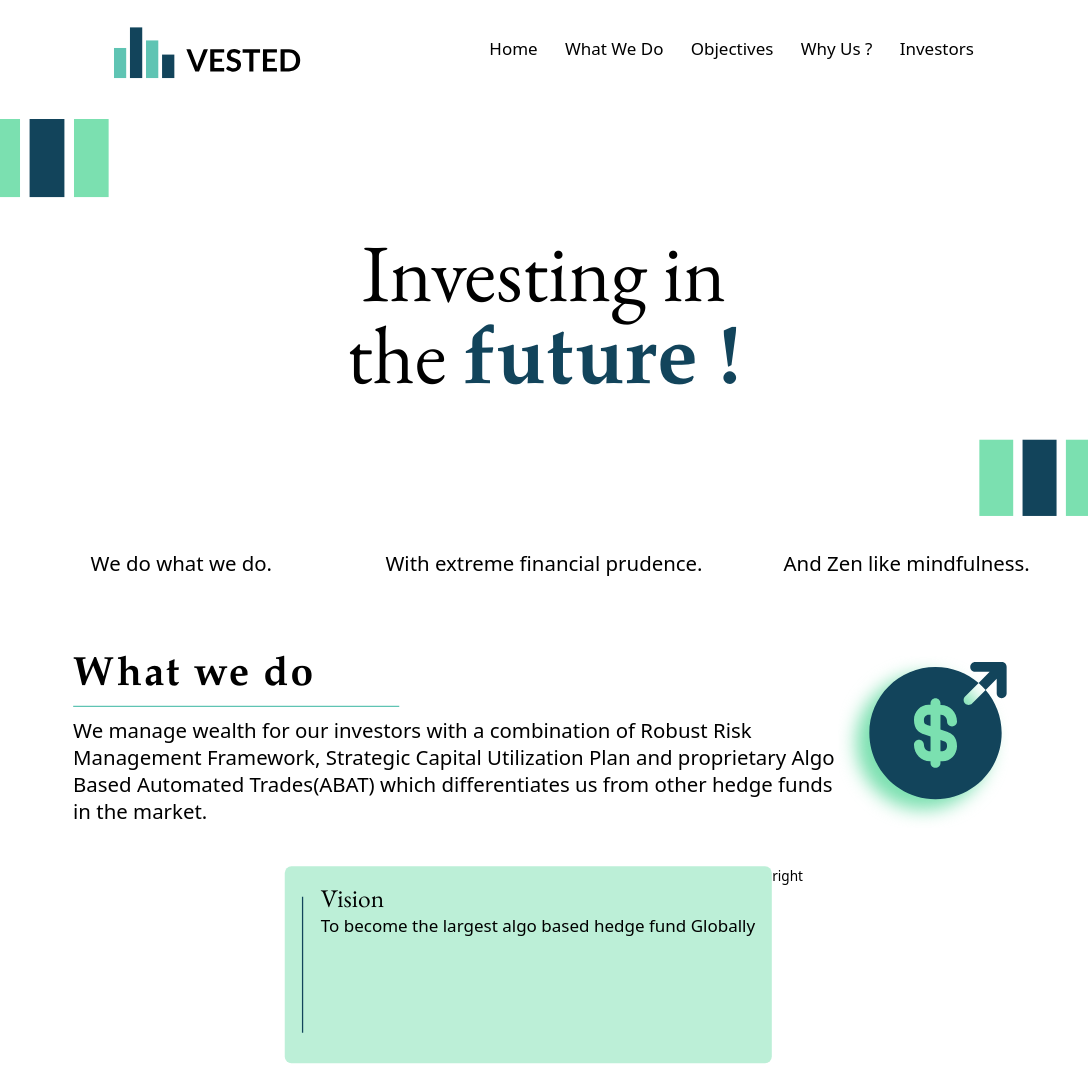
Repository: husainmamuwala/TippingPointsFinancial
Page: /
These files come from the project's save history. The page is drawn as it stood at one moment and after the next save; the edit follows.
The browser window is 1280 px wide. The pictures show the whole page, at 85% of full size.
The project was rebuilt for these pictures with package versions that can differ from the ones it lists, and the page was loaded fresh each time. The framework's server and built-in components were replaced by stand-ins that run in the browser. Also part of the build but not shown: next.config.js.

Above is the page before, as saved 2022-10-15 19:01:31.

### pages/_document.js
import Document, { Html, Head, Main, NextScript } from "next/document";

function MyDocument() {
  return (
    <Html>
      <Head>
      <link rel="preconnect" href="https://fonts.googleapis.com"/>
<link rel="preconnect" href="https://fonts.gstatic.com" crossorigin/>
<link href="https://fonts.googleapis.com/css2?family=EB+Garamond:ital,wght@0,400;0,600;1,500&display=swap" rel="stylesheet"></link>
      </Head>
      <body>
        <Main />
        <NextScript />
      </body>
    </Html>
  );
}

export default MyDocument;

### pages/index.js
import React from "react"
import Hero from "../components/Hero"
import Nav from "../components/Nav"
import Objectives from "../components/Objectives"
import Whatwedo from "../components/Whatwedo"


export default function Home() {
  return (

    <div className="h-screen">
      <Nav/>
      <section id="home">
        <Hero/>
      </section>
      <section id="whatwedo">
        <Whatwedo/>
      </section>
      <section id="objectives">
        <Objectives/>
      </section>
    </div>

  )
}

### styles/globals.css
@tailwind base;
@tailwind components;
@tailwind utilities;

@layer base{
    @font-face{
        font-family: "Garamond";
        src: url('/fonts/Garamond.woff2') format('woff2');
        font-family: 'Montserrat', sans-serif

    }

}

### components/Hero.jsx
import React from 'react'

const Hero = () => {
  return (
    <div className='flex flex-col py-6'>
      <div className='grid grid-flow-row'>
        <div className='justify-self-start self-start w-20 md:w-32 '>
          <svg className="" width="auto" height="auto" viewBox="0 0 125 90" fill="none" xmlns="http://www.w3.org/2000/svg">
            <rect x="-17" width="40" height="90" fill="#7BE0B0" />
            <rect x="34" width="40" height="90" fill="#12445B" />
            <rect x="85" width="40" height="90" fill="#7BE0B0" />
          </svg>
        </div>
        <div className='justify-self-center w-full py-5 md:py-10'>
          <span className=' text-6xl text-center lg:text-8xl font-garamond pt-5 pb-5'>
            <span className="block">Investing in</span>
            <span className="block">the <span className='text-[#12445B] font-semibold'>future !</span></span>
          </span>
        </div>
        <div className='justify-self-end self-end w-20 md:w-32'>
          <svg className='' width="auto" height="au" viewBox="0 0 128 90" fill="none" xmlns="http://www.w3.org/2000/svg">
            <rect width="40" height="90" fill="#7BE0B0" />
            <rect x="51" width="40" height="90" fill="#12445B" />
            <rect x="102" width="40" height="90" fill="#7BE0B0" />
          </svg>
        </div>
      </div>
      <div className='grid grid-row-3 md:grid-cols-3 justify-evenly text-center
        text-xl font-Montserrat md:text-2xl md:py-10'>
        <div>
          <span>We do what we do.</span>
        </div>
        <div>
          <span>With extreme financial prudence.</span>
        </div>
        <div>
          <span>And Zen like mindfulness.</span>
        </div>
      </div>
    </div>
  )
}

export default Hero

### components/Nav.jsx
import Link from 'next/link';
import React, { useState } from 'react'
import { FiMenu } from 'react-icons/fi';
import {AiOutlineClose} from 'react-icons/ai'

const Nav = () => {
    const Links=[
        {name:"Home",link:"/"},
        {name:"What We Do",link:"#whatwedo"},
        {name:"Objectives",link:"#objectives"},
        {name:"Why Us ?",link:"#whyus"},
        {name:"Investors",link:"/investors"},
    ];
    const [open,setOpen] = useState(false);
  return (
    <div className='w-full relative top-0 font-Montserrat font-[400] bg-white'>
        <div className='sticky lg:flex py-4 lg:px-10 items-center lg:justify-around'>
            <div className='mt-2 scale-75 md:scale-100'>
                <svg width="221" height="60" viewBox="0 0 221 60" fill="none" xmlns="http://www.w3.org/2000/svg">
                <path d="M110.63 25.972L100.118 52H95.7437L85.2317 25.972H89.1197C89.5397 25.972 89.8817 26.074 90.1457 26.278C90.4097 26.482 90.6077 26.746 90.7397 27.07L96.8777 42.946C97.0817 43.462 97.2737 44.032 97.4537 44.656C97.6457 45.268 97.8257 45.91 97.9937 46.582C98.1377 45.91 98.2937 45.268 98.4617 44.656C98.6297 44.032 98.8157 43.462 99.0197 42.946L105.122 27.07C105.218 26.794 105.404 26.542 105.68 26.314C105.968 26.086 106.316 25.972 106.724 25.972H110.63ZM118.184 29.824V37.042H127.292V40.768H118.184V48.13H129.74V52H113.324V25.972H129.74V29.824H118.184ZM147.891 30.706C147.747 30.958 147.591 31.144 147.423 31.264C147.267 31.372 147.069 31.426 146.829 31.426C146.577 31.426 146.301 31.336 146.001 31.156C145.713 30.964 145.365 30.754 144.957 30.526C144.549 30.298 144.069 30.094 143.517 29.914C142.977 29.722 142.335 29.626 141.591 29.626C140.919 29.626 140.331 29.71 139.827 29.878C139.323 30.034 138.897 30.256 138.549 30.544C138.213 30.832 137.961 31.18 137.793 31.588C137.625 31.984 137.541 32.422 137.541 32.902C137.541 33.514 137.709 34.024 138.045 34.432C138.393 34.84 138.849 35.188 139.413 35.476C139.977 35.764 140.619 36.022 141.339 36.25C142.059 36.478 142.797 36.724 143.553 36.988C144.309 37.24 145.047 37.54 145.767 37.888C146.487 38.224 147.129 38.656 147.693 39.184C148.257 39.7 148.707 40.336 149.043 41.092C149.391 41.848 149.565 42.766 149.565 43.846C149.565 45.022 149.361 46.126 148.953 47.158C148.557 48.178 147.969 49.072 147.189 49.84C146.421 50.596 145.479 51.196 144.363 51.64C143.247 52.072 141.969 52.288 140.529 52.288C139.701 52.288 138.885 52.204 138.081 52.036C137.277 51.88 136.503 51.652 135.759 51.352C135.027 51.052 134.337 50.692 133.689 50.272C133.041 49.852 132.465 49.384 131.961 48.868L133.383 46.546C133.503 46.378 133.659 46.24 133.851 46.132C134.043 46.012 134.247 45.952 134.463 45.952C134.763 45.952 135.087 46.078 135.435 46.33C135.783 46.57 136.197 46.84 136.677 47.14C137.157 47.44 137.715 47.716 138.351 47.968C138.999 48.208 139.773 48.328 140.673 48.328C142.053 48.328 143.121 48.004 143.877 47.356C144.633 46.696 145.011 45.754 145.011 44.53C145.011 43.846 144.837 43.288 144.489 42.856C144.153 42.424 143.703 42.064 143.139 41.776C142.575 41.476 141.933 41.224 141.213 41.02C140.493 40.816 139.761 40.594 139.017 40.354C138.273 40.114 137.541 39.826 136.821 39.49C136.101 39.154 135.459 38.716 134.895 38.176C134.331 37.636 133.875 36.964 133.527 36.16C133.191 35.344 133.023 34.342 133.023 33.154C133.023 32.206 133.209 31.282 133.581 30.382C133.965 29.482 134.517 28.684 135.237 27.988C135.957 27.292 136.845 26.734 137.901 26.314C138.957 25.894 140.169 25.684 141.537 25.684C143.073 25.684 144.489 25.924 145.785 26.404C147.081 26.884 148.185 27.556 149.097 28.42L147.891 30.706ZM171.969 29.95H164.121V52H159.279V29.95H151.431V25.972H171.969V29.95ZM180.235 29.824V37.042H189.343V40.768H180.235V48.13H191.791V52H175.375V25.972H191.791V29.824H180.235ZM219.194 38.986C219.194 40.894 218.876 42.646 218.24 44.242C217.604 45.838 216.71 47.212 215.558 48.364C214.406 49.516 213.02 50.41 211.4 51.046C209.78 51.682 207.98 52 206 52H196.082V25.972H206C207.98 25.972 209.78 26.296 211.4 26.944C213.02 27.58 214.406 28.474 215.558 29.626C216.71 30.766 217.604 32.134 218.24 33.73C218.876 35.326 219.194 37.078 219.194 38.986ZM214.226 38.986C214.226 37.558 214.034 36.28 213.65 35.152C213.278 34.012 212.732 33.052 212.012 32.272C211.304 31.48 210.44 30.874 209.42 30.454C208.412 30.034 207.272 29.824 206 29.824H200.942V48.148H206C207.272 48.148 208.412 47.938 209.42 47.518C210.44 47.098 211.304 46.498 212.012 45.718C212.732 44.926 213.278 43.966 213.65 42.838C214.034 41.698 214.226 40.414 214.226 38.986Z" fill="black"/>
                <rect y="24.4445" width="14.4444" height="35.5556" fill="#5FC4B3"/>
                <rect x="18.8889" width="14.4444" height="60" fill="#12445B"/>
                <rect x="37.7778" y="15.5555" width="14.4444" height="44.4444" fill="#5FC4B3"/>
                <rect x="56.6667" y="32.2222" width="14.4444" height="27.7778" fill="#12445B"/>
                </svg>

            </div>
            <div onClick={()=>setOpen(!open)}
                 className='text-3xl absolute right-8 top-11 pr-8 cursor-pointer lg:hidden'>
                    {!open ? <FiMenu size={40}/> : <AiOutlineClose size={40}/>}
            </div>

            <ul className={`lg:flex lg:flex-row lg:items-center font-Montserrat pb-12 lg:pb-0
            absolute lg:static bg-white lg:z-auto z-[-1] w-full left-0  lg:pl-0 pl-9 lg:w-auto
            transition-all duration-500 ease-in
            ${open ? "flex-col" : "hidden"}`}>
                {
                    Links.map((link)=>(
                        <li onClick={() => setOpen(false)} key={link.link} className="md:ml-8 text-xl my-7 hover:text-[#5FC4B3]
                         relative transition-all hover:top-1">
                            <Link href={link.link}
                            className="font-Monteserrat">
                                {link.name}
                            </Link>
                        </li>
                    ))
                }
            </ul>
        </div>
    </div>
  )
}

export default Nav

### components/Objectives.jsx
import React from 'react'

const Objectives = () => {
  const Data = [
    {title:"Vision",desc:"To become the largest algo based hedge fund Globally"},]
  return (
    <div className='flex flex-col md:flex-row justify-center py-5 px-10'>
        <div>
          <div className='relative w-full bg-[#7BE0B0] bg-opacity-50 rounded-lg p-5 flex flex-row '>
              <div className='pr-5 h-28 lg:h-48'>
                  <svg width="2" height="auto" viewBox="0 0 2 160" fill="none" xmlns="http://www.w3.org/2000/svg">
                  <line x1="1" y1="4.37114e-08" x2="0.999993" y2="160" stroke="#12445B" stroke-width="2"/>
                  </svg>
              </div>
              {
                Data.map((data)=>(
              <div>
                <h1 className='text-3xl lg:fontfont-semibold font-garamond'>{data.title}</h1>
                <p className='font-montserrat text-xl'>{data.desc}</p>
              </div>
                ))}
          </div>
        </div>
          <div>
              right
          </div>

    </div>
  )
}

export default Objectives

### components/Whatwedo.tsx
import React from 'react'


const whatwedo = () => {
    return (
        <div className='py-5 px-10 flex md:flex-row flex-col justify-center'>
            <div className='md:w-3/4'>
                <div>
                    <h4 className='text-3xl md:text-5xl font-garamond font-semibold py-2 tracking-wider'>
                        What we do
                    </h4>

                    <svg className="lg:w-96 lg:h-2" width="auto" height="2" viewBox="0 0 589 2" fill="none" xmlns="http://www.w3.org/2000/svg">
                        <line y1="1" x2="589" y2="1" stroke="#5FC4B3" strokeWidth="2" />
                    </svg>

                    <p className='py-2 text-xl md:text-2xl'>
                        We manage wealth for our investors with a combination of Robust Risk Management Framework,
                        Strategic Capital Utilization Plan and proprietary Algo Based Automated Trades(ABAT)
                        which differentiates us from other hedge funds in the market.
                    </p>
                </div>
            </div>
            <div className='w-52 hidden md:block lg:self-center'>
                <svg width="auto" height="auto" viewBox="0 0 226 223" fill="none" xmlns="http://www.w3.org/2000/svg">
                    <g filter="url(#filter0_f_6_45)">
                        <circle cx="109.027" cy="113.259" r="86.0274" fill="#7BE0B0" />
                    </g>
                    <path d="M109.698 84.8371C109.698 89.4046 110.967 90.0812 113.843 91.0962L118.156 92.6187V78.2396H115.619C112.405 78.2396 109.698 81.2 109.698 84.8371ZM130.844 124.76H133.381C136.68 124.76 139.302 121.8 139.302 118.163C139.302 113.595 138.033 112.919 135.158 111.904L130.844 110.381V124.76Z" fill="#12445B" />
                    <path d="M188.614 46.3517L171.275 63.6913C170.006 64.96 168.399 65.5521 166.792 65.5521C165.185 65.5521 163.578 64.96 162.309 63.6913C161.129 62.4975 160.467 60.8867 160.467 59.2083C160.467 57.53 161.129 55.9192 162.309 54.7254L179.648 37.3858C164.762 24.6983 145.561 16.9167 124.5 16.9167C77.81 16.9167 39.9167 54.81 39.9167 101.5C39.9167 148.19 77.81 186.083 124.5 186.083C171.19 186.083 209.083 148.19 209.083 101.5C209.083 80.4388 201.302 61.2383 188.614 46.3517ZM139.302 99.9775C144.715 101.923 151.99 105.814 151.99 118.248C151.99 128.82 143.616 137.533 133.381 137.533H130.844V139.647C130.844 143.115 127.968 145.991 124.5 145.991C121.032 145.991 118.156 143.115 118.156 139.647V137.533H117.48C106.23 137.533 97.0104 128.059 97.0104 116.387C97.0104 112.834 99.8863 109.958 103.354 109.958C106.822 109.958 109.698 112.834 109.698 116.302C109.698 120.954 113.166 124.76 117.48 124.76H118.156V105.983L109.698 103.023C104.285 101.077 97.0104 97.1863 97.0104 84.7525C97.0104 74.1796 105.384 65.4675 115.619 65.4675H118.156V63.4375C118.156 59.9696 121.032 57.0938 124.5 57.0938C127.968 57.0938 130.844 59.9696 130.844 63.4375V65.5521H131.52C142.77 65.5521 151.99 75.0254 151.99 86.6979C151.99 90.1658 149.114 93.0417 145.646 93.0417C142.178 93.0417 139.302 90.1658 139.302 86.6979C139.302 82.0458 135.834 78.2396 131.52 78.2396H130.844V97.0171L139.302 99.9775ZM214.92 14.4638C214.251 12.9061 213.009 11.6647 211.452 10.9958C210.691 10.7256 209.891 10.5827 209.083 10.5729H175.25C171.782 10.5729 168.906 13.4488 168.906 16.9167C168.906 20.3846 171.782 23.2604 175.25 23.2604H193.774L179.648 37.3858C182.863 40.1771 185.823 43.1375 188.614 46.3517L202.74 32.2263V50.75C202.74 54.2179 205.615 57.0938 209.083 57.0938C212.551 57.0938 215.427 54.2179 215.427 50.75V16.9167C215.427 16.0708 215.258 15.3096 214.92 14.4638Z" fill="#12445B" />
                    <defs>
                        <filter id="filter0_f_6_45" x="0" y="4.2317" width="218.055" height="218.055" filterUnits="userSpaceOnUse" colorInterpolationFilters="sRGB">
                            <feFlood floodOpacity="0" result="BackgroundImageFix" />
                            <feBlend mode="normal" in="SourceGraphic" in2="BackgroundImageFix" result="shape" />
                            <feGaussianBlur stdDeviation="11.5" result="effect1_foregroundBlur_6_45" />
                        </filter>
                    </defs>
                </svg>
            </div>
        </div>
    )
}

export default whatwedo

### tailwind.config.js
/** @type {import('tailwindcss').Config} */
module.exports = {
  content: [
    "./pages/**/*.{js,ts,jsx,tsx}",
    "./components/**/*.{js,ts,jsx,tsx}",
  ],
  theme: {
    extend: {
      fontFamily: {
        garamond:'Garamond'
      }
    },
  },
  plugins: [],
}

Loaded but not shown: pages/_app.js (common file)

After the next save:
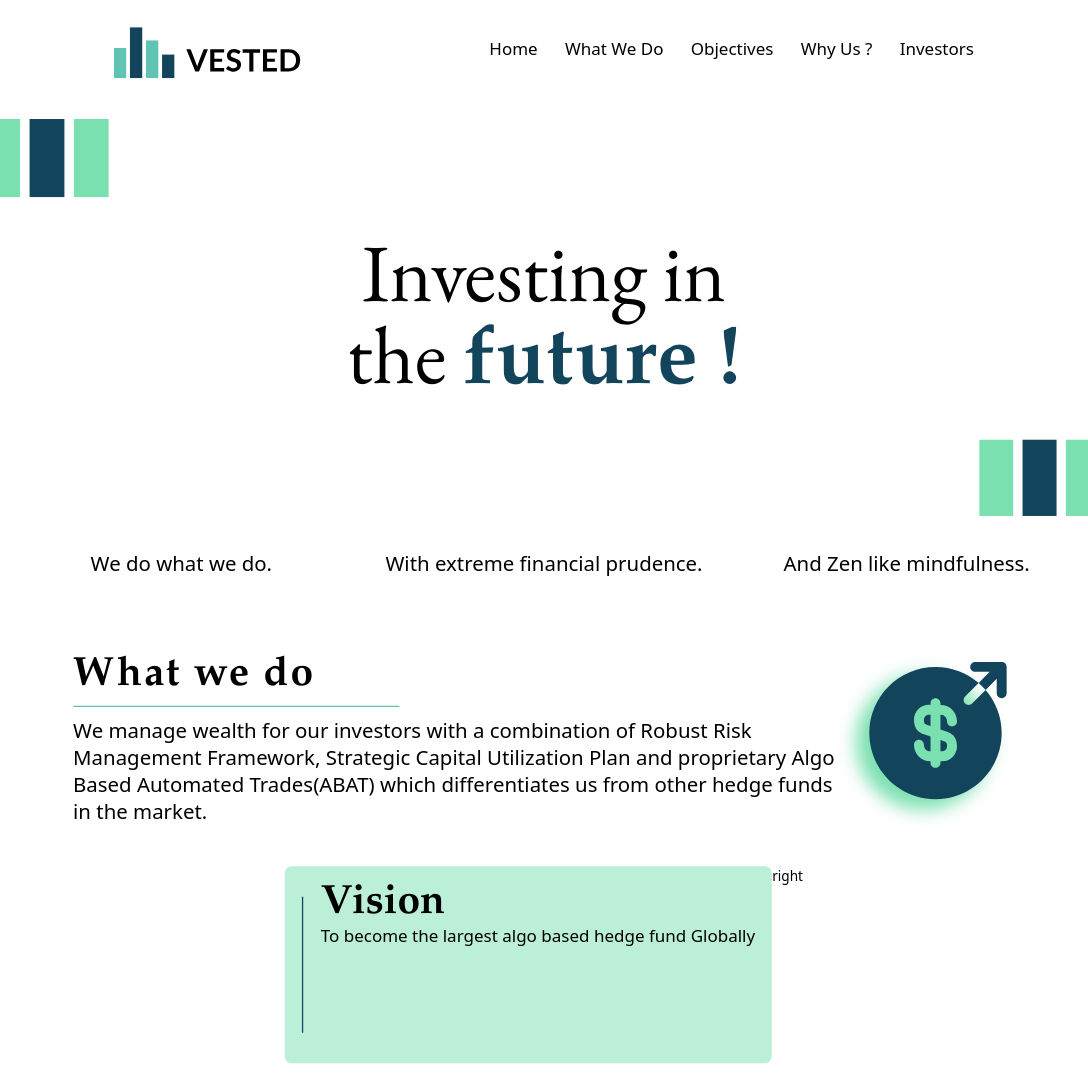
Saved 6 s later.
--- a/components/Objectives.jsx
+++ b/components/Objectives.jsx
@@ -15,7 +15,7 @@
               {
                 Data.map((data)=>(
               <div>
-                <h1 className='text-3xl lg:fontfont-semibold font-garamond'>{data.title}</h1>
+                <h1 className='text-3xl lg:text-5xl font-semibold font-garamond'>{data.title}</h1>
                 <p className='font-montserrat text-xl'>{data.desc}</p>
               </div>
                 ))}
